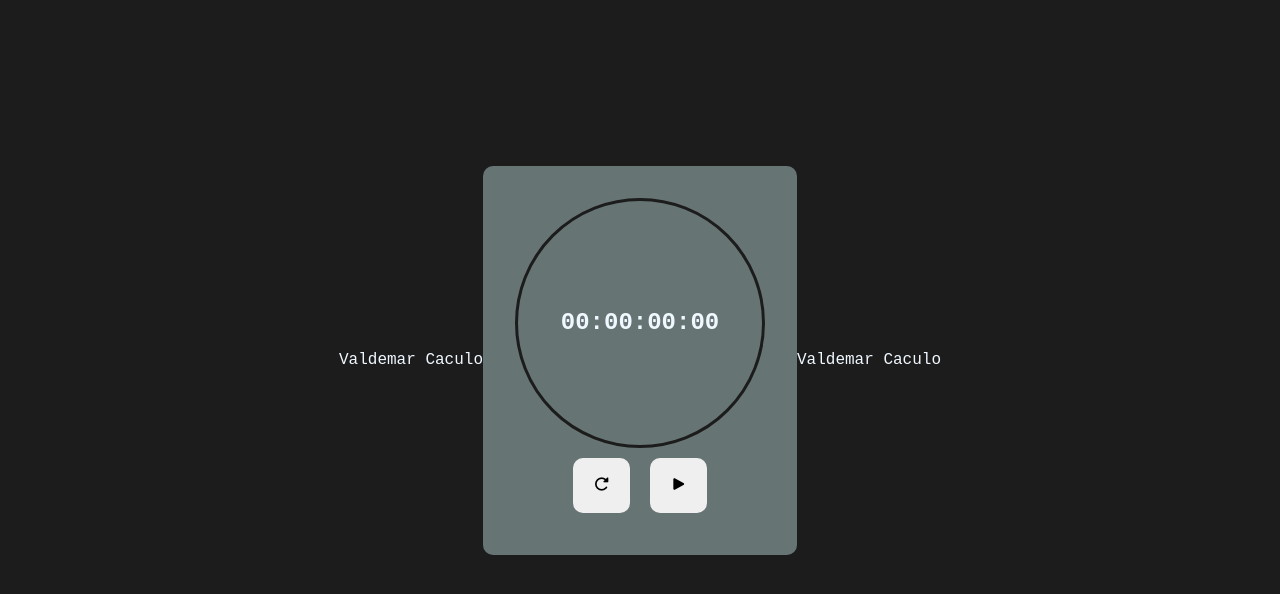
Repository: ValdemarCaculo/TEMPORIZADOR
Page: index.html
An editor plug-in stored every save of this project. The page is shown before and after a run of saves, followed by the edit.
The browser window is 1280 px wide. The pictures show the whole page.
Some web libraries are served in a nearby version.

Above is the page before, as saved 2025-12-06 15:34:43.

### index.html
<!DOCTYPE html>
<html lang="en">

<head>
    <meta charset="UTF-8">
    <meta name="viewport" content="width=device-width, initial-scale=1.0">
    <link rel="stylesheet" href="/CSS/style.css">
    <link rel="stylesheet" href="https://cdnjs.cloudflare.com/ajax/libs/font-awesome/7.0.1/css/all.min.css"
        integrity="sha512-2SwdPD6INVrV/lHTZbO2nodKhrnDdJK9/kg2XD1r9uGqPo1cUbujc+IYdlYdEErWNu69gVcYgdxlmVmzTWnetw=="
        crossorigin="anonymous" referrerpolicy="no-referrer" />
    <title>Temporizador</title>
</head>

<body>
    <p>Valdemar Caculo</p>
    <div class="contador">

        <h2 id="time">00:00:00:00</h2>

        <div class="content">

            <button id="reset">
                <i class="fa-solid fa-rotate-right"></i>
            </button>
            <button id="inicio" action="start">
                <i class="fa-solid fa-play">
                </i></button>

        </div>
    </div>
    <p>Valdemar Caculo</p>



</body>

</html>

### CSS/style.css
* {
    margin: 0;
    padding: 0;
    box-sizing: border-box;
    font-family: 'Courier New', Courier, monospace;
}

body {
    height: 100vh;
    display: flex;
    background-color: #1c1c1c;
    color: aliceblue;
    align-items: center;
    justify-content: center;


}

.contador {
    padding: 2rem;
    background-color: #677474;
    border-radius: 10px;
}

#time {
    background-color: #677474;
    width: 250px;
    height: 250px;
    border: 3px solid #1c1c1c;
    padding: 1rem;
    border-radius: 50%;
    align-items: center;
    justify-content: center;
    display: flex;
}

.content {
    display: flex;
    justify-content: center;

}

button {
    border-radius: 10px;
    margin: 10px;
    padding: 20px;
    border: none;
    cursor: pointer;

}

After the next 2 saves:
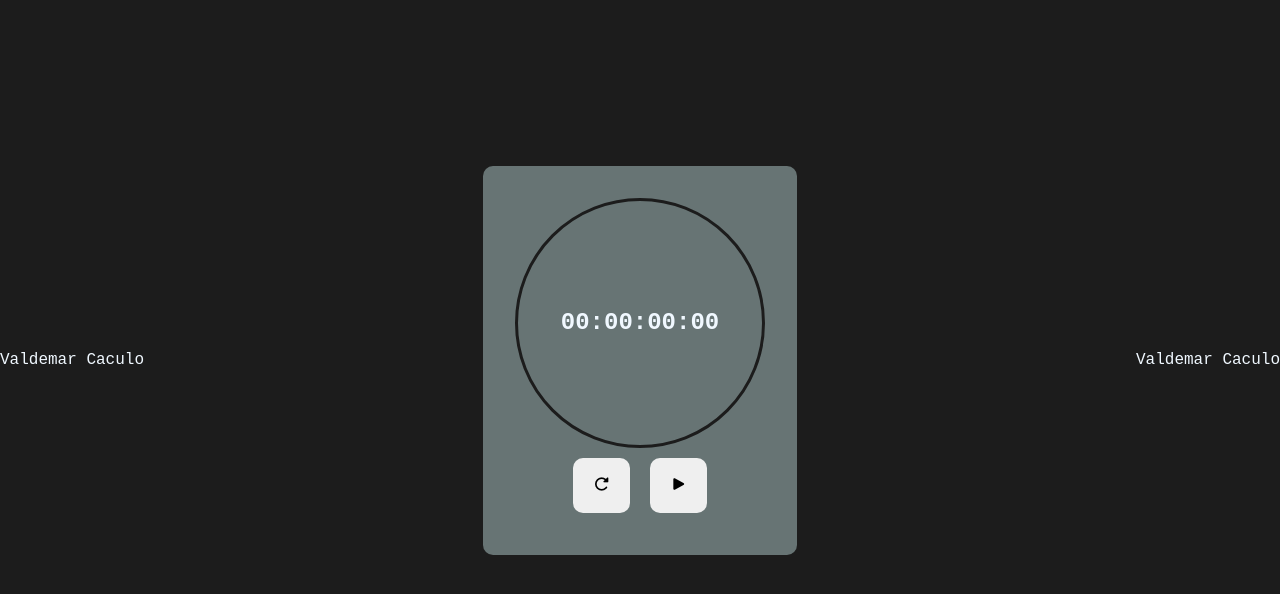
The 2 saves are shown as one change because they came seconds apart.
The last was saved 34 s later.
--- a/CSS/style.css
+++ b/CSS/style.css
@@ -11,7 +11,7 @@ body {
     background-color: #1c1c1c;
     color: aliceblue;
     align-items: center;
-    justify-content: center;
+    justify-content: space-between;
 
 
 }
